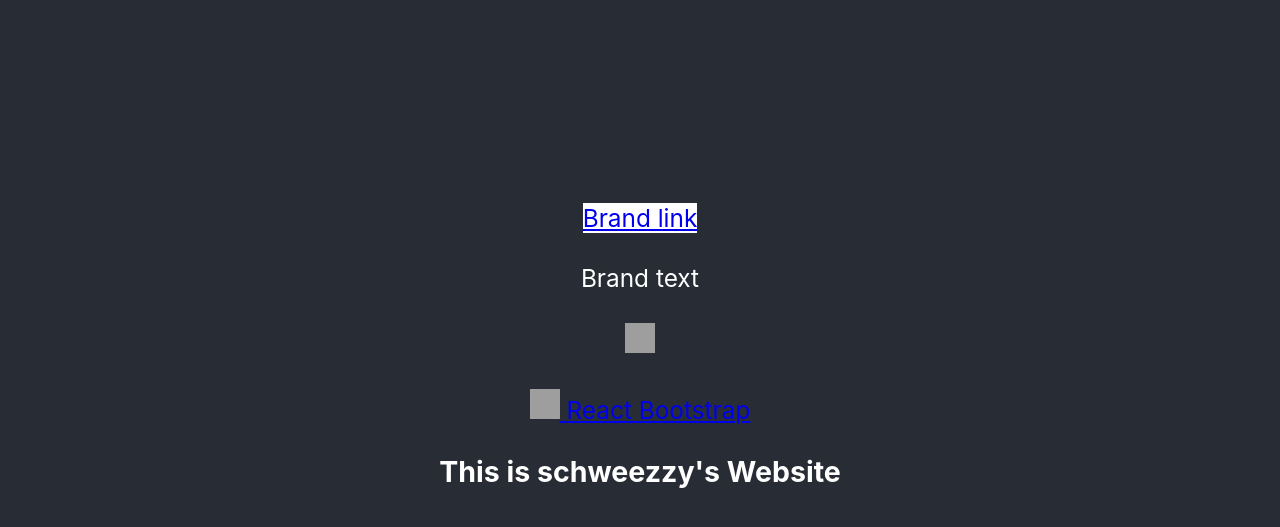
Repository: schweizercode/schweezzy
Page: /
These files come from the project's save history. The page is drawn as it stood at one moment and after the next save; the edit follows.
The browser window is 1280 px wide. The pictures show the whole page.
Pictures or frames that could not be fetched are drawn as grey boxes. The project was rebuilt for these pictures with package versions that can differ from the ones it lists, and the page was loaded fresh each time.

Above is the page before, as saved 2021-04-12 14:46:02.

After the next save:
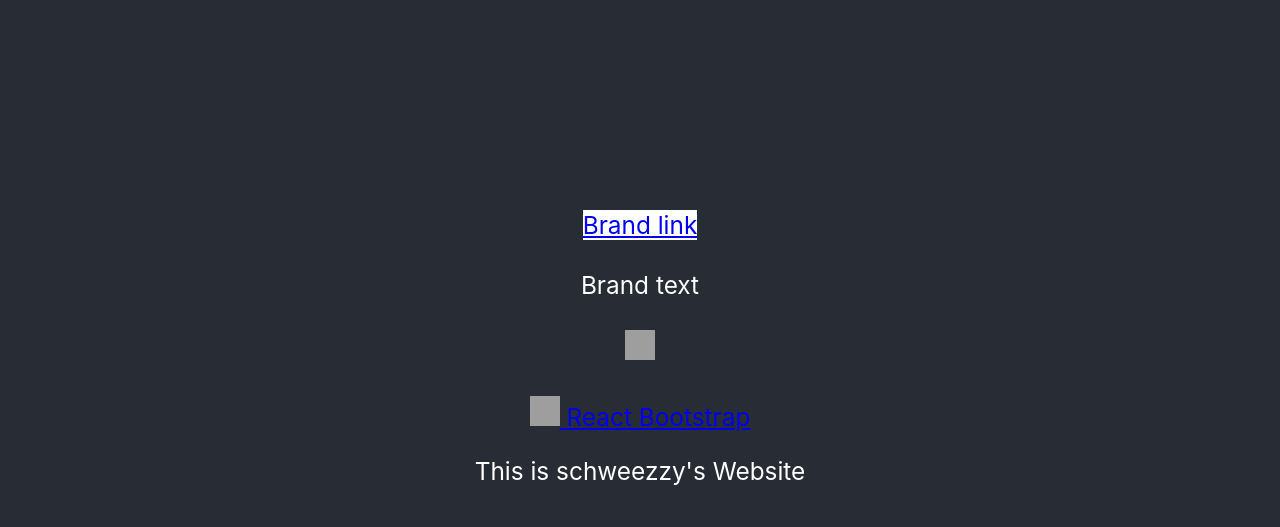
Saved 8 s later.
--- a/src/App.js
+++ b/src/App.js
@@ -8,7 +8,7 @@ function App() {
     <div className="App">
       <header className="App-header">
         <Navbar />
-        <h3> This is schweezzy's Website</h3>
+        <p> This is schweezzy's Website</p>
 
       </header>
     </div>
